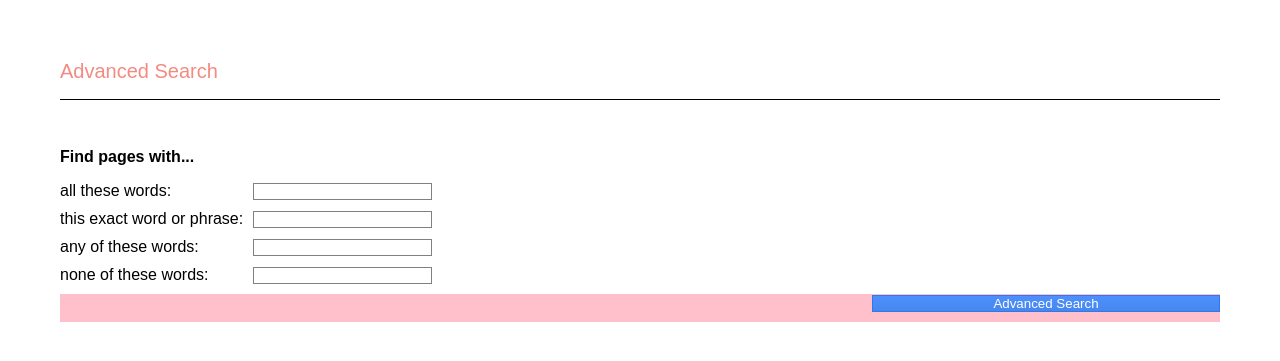
Repository: etentuk/search
Page: advanced_search.html
These files come from the project's save history. The page is drawn as it stood at one moment and after the next save; the edit follows.
The browser window is 1280 px wide. The pictures show the whole page.

Above is the page before, as saved 2021-11-04 23:58:46.

After the next save:
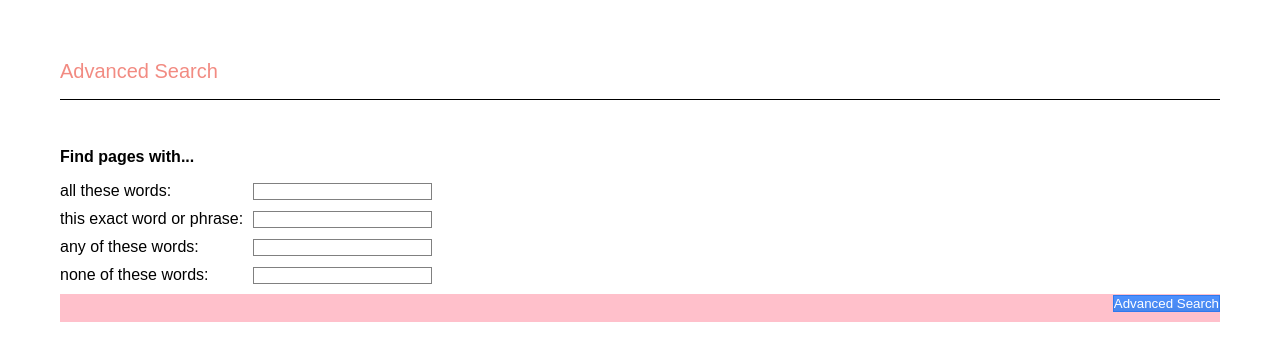
Saved 111 s later.
--- a/styles.css
+++ b/styles.css
@@ -66,6 +66,7 @@ label {
   box-shadow: none;
   /* float: right; */
   color: #fff;
+  padding:
   width: 30%;
   background-color: #4d90fe;
   background-image: -webkit-linear-gradient(top, #4d90fe, #4787ed);

After the save that followed:
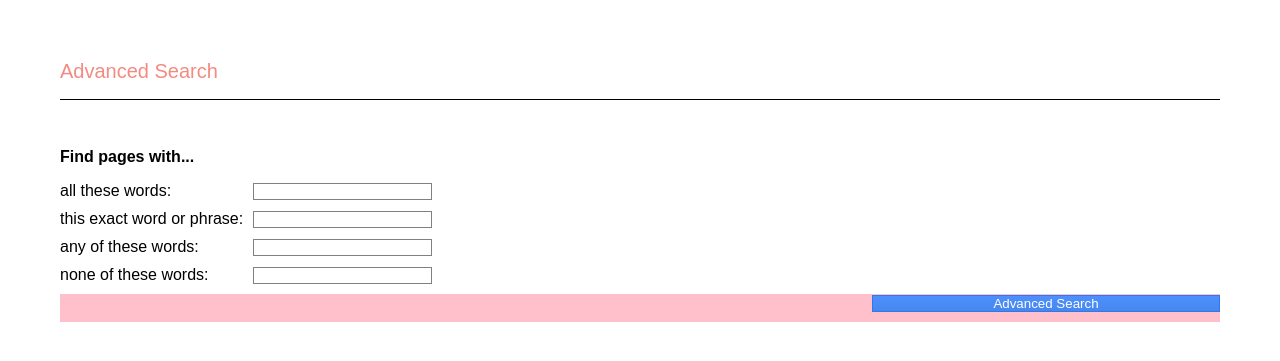
Saved 21 s later.
--- a/styles.css
+++ b/styles.css
@@ -59,14 +59,12 @@ label {
   width: 100%;
 }
 
-
-
 #submit input {
   border: 1px solid #3079ed;
   box-shadow: none;
   /* float: right; */
   color: #fff;
-  padding:
+  padding: 0 8px;
   width: 30%;
   background-color: #4d90fe;
   background-image: -webkit-linear-gradient(top, #4d90fe, #4787ed);
